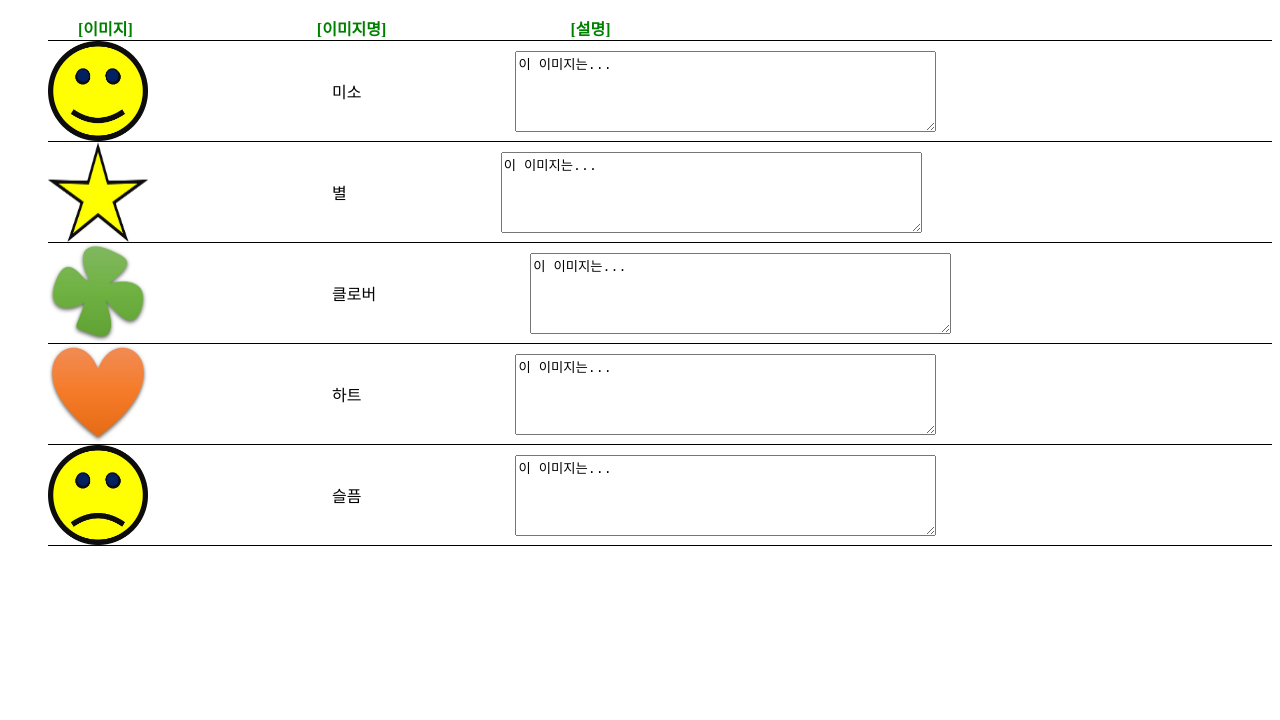
Repository: jpg723/Assignment
Page: http://localhost/LAB5_5/LAB5_5.jsp
An editor plug-in stored every save of this project. The page is shown before and after the next save, followed by the edit.
The browser window is 1280 px wide. The pictures show the whole page.
The page is served by Tomcat 9.

Above is the page before, as saved 2021-10-31 09:55:43.

### 웹프로그래밍/LAB5_5/src/main/webapp/LAB5_5.jsp
<%@ page language="java" contentType="text/html; charset=UTF-8"
    pageEncoding="UTF-8"%>
<!DOCTYPE html>
<html>
<head>
<meta charset="UTF-8">
<title>이미지 리스트</title>
<style>
ul li{
	list-style: none;
	border-bottom: 1px solid black;
}

span.s1{
	front-size: 16px;
	font-weight: bold;
	color: green;
}

ul li span{
	margin: 0px 150px 40px 30px;
	vertical-align: middle;
}

img{
	width: 100px;
	height: 100px;
	text-align: center;
	margin-right: 150px;
	vertical-align: middle;
}
textarea{
	vertical-align: middle;
}
</style>
</head>
<body>
	<%
		String headerArr[] = {"이미지", "이미지명", "설명"};
		String imgArr[] = {"smile.jpg", "star.jpg", "clover.jpg", "heart.jpg", "sad.jpg"};
		String captionArr[] = {"미소", "별", "클로버", "하트", "슬픔"};

		out.println("<ul>");
		out.println("<li class=\"List-1\">");

		for(int i = 0; i < headerArr.length; i++){
			out.println("<span class=\"s1\">[" + headerArr[i] + "]</span>");
		}
		out.println("</li>");

		for(int i = 0; i < imgArr.length; i++){
			out.println("<li>");
			out.println("<img src= image/" + imgArr[i] + ">");
			out.println("<span>" + captionArr[i] + "</span>");
			out.println("<textarea rows=5 cols=50>이 이미지는...</textarea>");
			out.println("</li>");
		}
		out.println("</ul>");
	%>
</body>
</html>

After the next save:
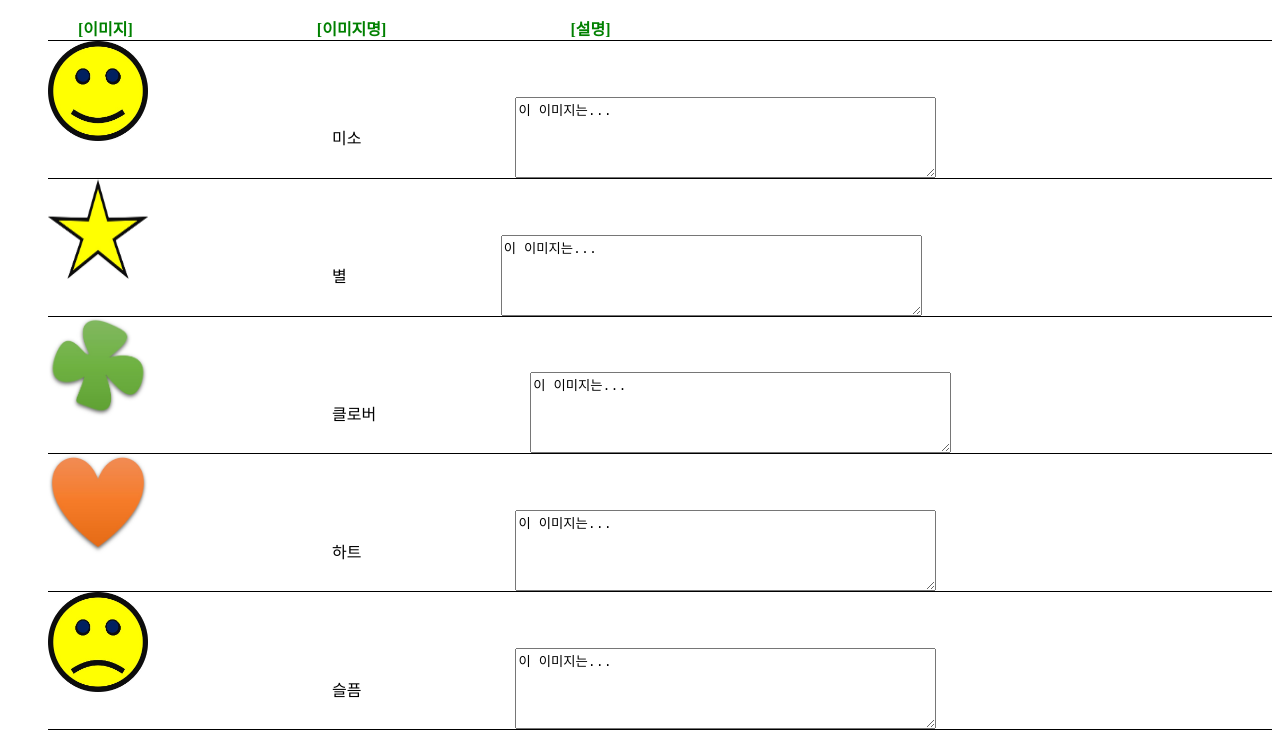
Saved 6 min 52 s later.
--- a/웹프로그래밍/LAB5_5/src/main/webapp/LAB5_5.jsp
+++ b/웹프로그래밍/LAB5_5/src/main/webapp/LAB5_5.jsp
@@ -27,7 +27,7 @@
 	height: 100px;
 	text-align: center;
 	margin-right: 150px;
-	vertical-align: middle;
+
 }
 textarea{
 	vertical-align: middle;

After the save that followed:
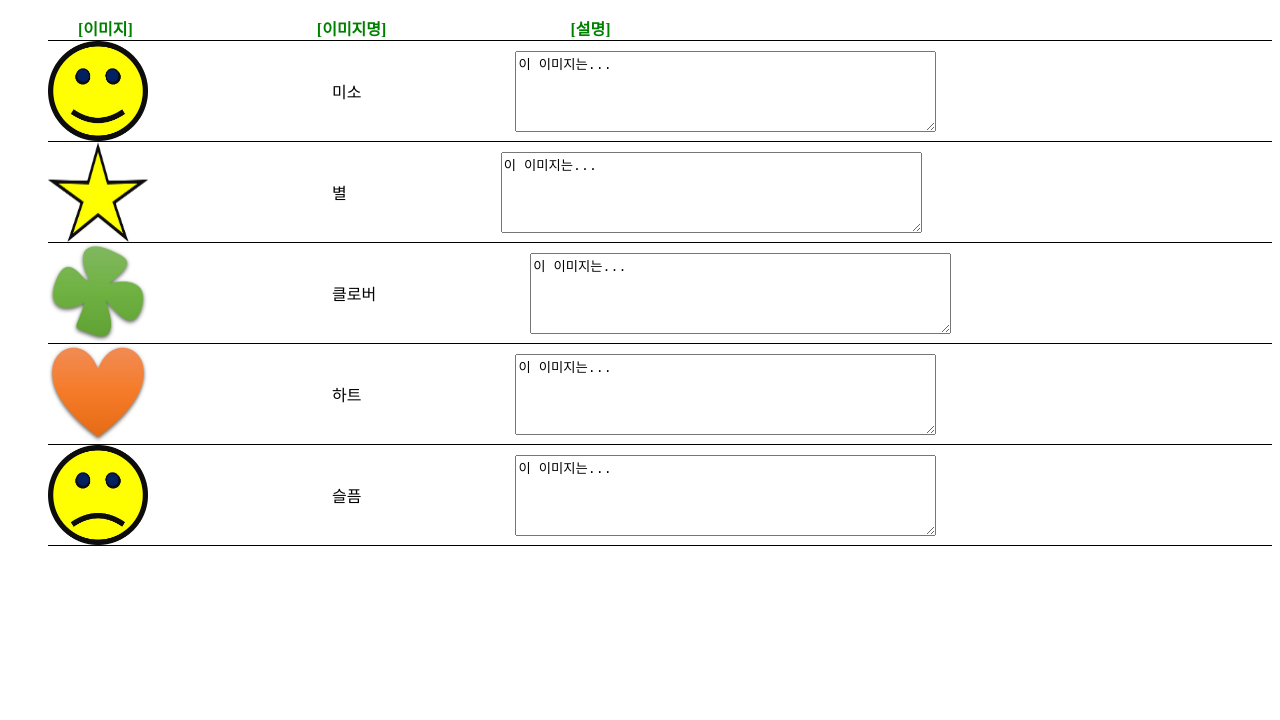
Saved 15 s later.
--- a/웹프로그래밍/LAB5_5/src/main/webapp/LAB5_5.jsp
+++ b/웹프로그래밍/LAB5_5/src/main/webapp/LAB5_5.jsp
@@ -27,7 +27,7 @@
 	height: 100px;
 	text-align: center;
 	margin-right: 150px;
-
+	vertical-align: middle;
 }
 textarea{
 	vertical-align: middle;
